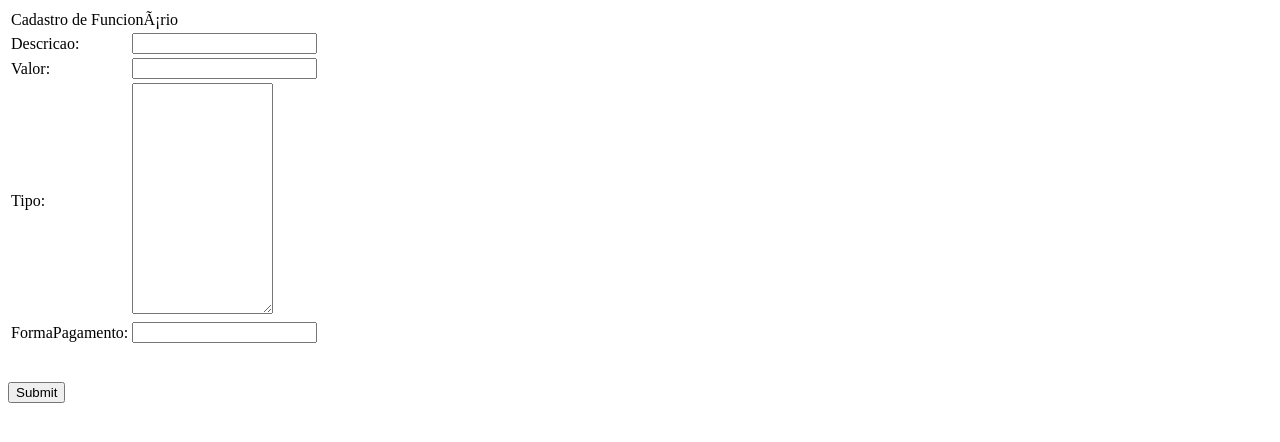
Repository: TadeuN1/PersonalProject-mySQL-eclipseIDE
Page: Movimentacoes/src/main/webapp/InfoMovimentacoes.html
An editor plug-in stored every save of this project. The page is shown before and after the next save, followed by the edit.
The browser window is 1280 px wide. The pictures show the whole page.

Above is the page before, as saved 2023-06-28 20:08:37.

### Movimentacoes/src/main/webapp/InfoMovimentacoes.html
<!DOCTYPE html>
<html>
<head>
<meta charset="ISO-8859-1">
<title>Especificação de dados</title>
</head>
<body>


<form method="POST" action="InfoMovimentacoes">
	<table>
		<tr>
			<td colspan="2">Cadastro de Funcionário</td>
		</tr>
		<tr>
			<td>Descricao:</td>
			<td><input type="text" name="descricao"></td>
		</tr>
		<tr>
			<td>Valor:</td>
			<td><input type="text" name="valor"></td>
		</tr>
		<tr>
			<td>Tipo:</td>
		<td><textarea name="tipo" cols="15"
		rows="15"></textarea></td>
		</tr>
		<tr>
		<td>FormaPagamento:</td>
		<td><input type="text" name="formapagamento"></td>
		</tr>
		</table>
		<br><br>
		<input type="submit" name="Salvar">
		</form>
		</body>
		</html>

After the next save:
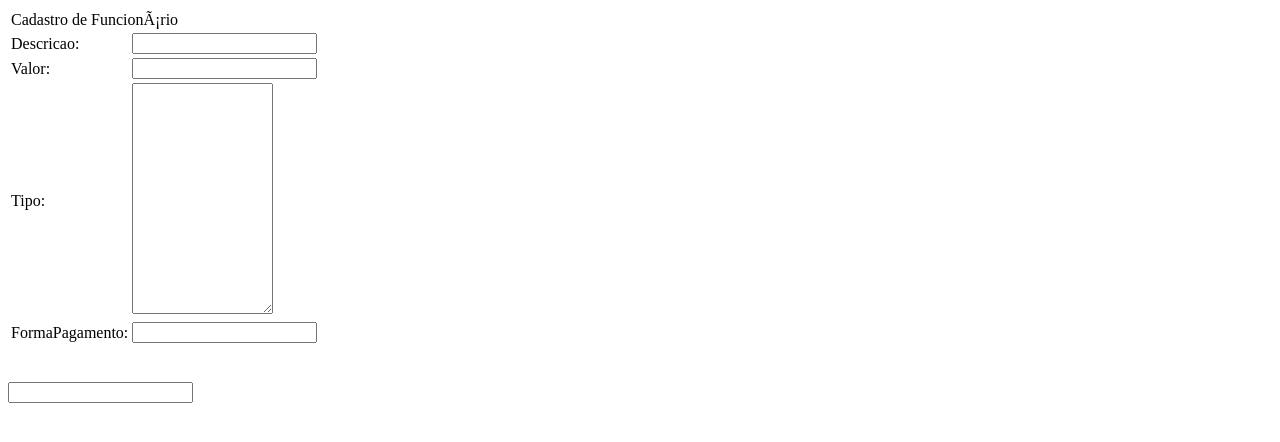
Saved 4 min 28 s later.
--- a/Movimentacoes/src/main/webapp/InfoMovimentacoes.html
+++ b/Movimentacoes/src/main/webapp/InfoMovimentacoes.html
@@ -31,7 +31,7 @@
 		</tr>
 		</table>
 		<br><br>
-		<input type="submit" name="Salvar">
+		<input type="Salvar" name="Salvar">
 		</form>
 		</body>
 		</html>
